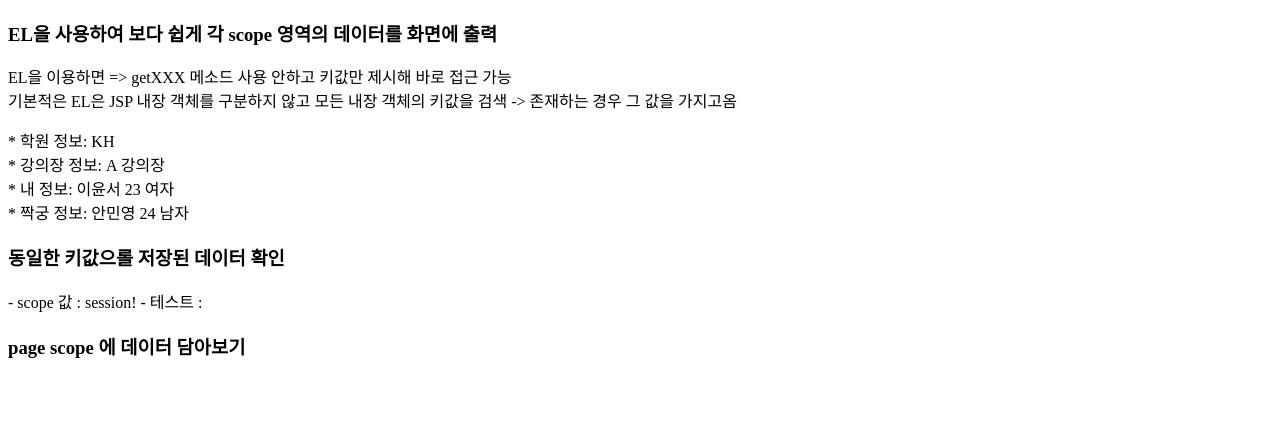
Repository: yoonseo0832/workspace
Page: http://localhost/2_jsp/el.do
The author's editor kept a copy of each file at every save. The page is drawn from the files as they stood at one save, then again after the next save.
The browser window is 1280 px wide. The pictures show the whole page.
The page is served by Tomcat 9.

Above is the page before, as saved 2025-03-20 03:39:05.

### 05_server/2_jsp/src/main/webapp/views/2_EL/1_el.jsp
<%@ page language="java" contentType="text/html; charset=UTF-8"
    pageEncoding="UTF-8"%>
<%@ page import="model.vo.Student" %> <!-- 여러 개는 ,로 구분 -->
<!DOCTYPE html>
<html>
<head>
<meta charset="UTF-8">
<title>EL 기본 문법</title>
</head>
<body>
	<%--
	<h3>기존 방식(스크립틀릿, 표현식)으로 각 영역의 scope의 데이터를 화면에 출력</h3>
	<%
		//request scope의 데이터를 가져오기
		String classroom = (String)request.getAttribute("classroom");
		Student student = (Student)request.getAttribute("student");

		// session scope 의 데이터 가져오기
		String academy = (String)session.getAttribute("academy");
		Student std2 = (Student)session.getAttribute("student2");
	%>

	<p>
		* 학원 정보: <%=academy %><br>
		* 강의장 정보:  <%=classroom %><br>
		* 내 정보: <%=std2.getName() %>, <%=std2.getAge() %>, <%=std2.getGender() %><br>
		* 짝궁 정보: <%=student %><br>
	</p>
	--%>
	<h3>EL을 사용하여 보다 쉽게 각 scope 영역의 데이터를 화면에 출력</h3>
	<p>
		EL을 이용하면 => getXXX 메소드 사용 안하고 키값만 제시해 바로 접근 가능<br>
		기본적은 EL은 JSP 내장 객체를 구분하지 않고 모든 내장 객체의 키값을 검색 -> 존재하는 경우 그 값을 가지고옴
	</p>
	<p>
		* 학원 정보: ${ academy }<br>
		* 강의장 정보:  ${ classroom }<br>
		* 내 정보:	${ student2.name } ${ student2.age } ${ student2.gender }<br>
		* 짝궁 정보:	${ student.name } ${ student.age } ${ student.gender }
	</p>
	<h3>동일한 키값으롤 저장된 데이터 확인</h3>
	- scope 값 : ${scope}
	<!--
		EL 에서는 동일한 키값으로 저장된 데이터가 있는 경우
			- 공유 범위가 가장 작은 scope부터 검색 을 함
			page > request > session > application 순서대로 검색함
	 -->
	 - 테스트 : ${test }
	 <!-- 키값이 해당하는 값이 없을 경우 빈 값으로 표시됨 -->

	 <h3>page scope 에 데이터 담아보기</h3>
	 <%
	 	pageContext.setAttribute("scope", "page~~");
	 %>
</body>
</html>

### 05_server/2_jsp/src/main/java/controller/ELServlet.java
package controller;

import java.io.IOException;

import javax.servlet.ServletContext;
import javax.servlet.ServletException;
import javax.servlet.annotation.WebServlet;
import javax.servlet.http.HttpServlet;
import javax.servlet.http.HttpServletRequest;
import javax.servlet.http.HttpServletResponse;
import javax.servlet.http.HttpSession;

import model.vo.Student;

/**
 * Servlet implementation class ELServlet
 */
@WebServlet("/el.do")
public class ELServlet extends HttpServlet {
	private static final long serialVersionUID = 1L;

    /**
     * @see HttpServlet#HttpServlet()
     */
    public ELServlet() {
        super();
        // TODO Auto-generated constructor stub
    }

	/**
	 * @see HttpServlet#doGet(HttpServletRequest request, HttpServletResponse response)
	 */
	protected void doGet(HttpServletRequest request, HttpServletResponse response) throws ServletException, IOException {
		// TODO Auto-generated method stub
		/*
		 * JSP 내장 객체 종류
		 * => 데이터를 담을 수 있는 공간
		 *
		 * 1)  ServletContext (application scope)
		 * 		: 한 어플리케이션 당 1개 존재하는 객체
		 * 		해당 영역에 데이터를 담을 경우 어플리케이션 전역에서 사용 가능
		 * 2) HttpSession (session scope)
		 * 		: 한 브라우저 당 1개 존재하는 객체
		 * 		해당 영역에 데이터를 담을 경우 jsp/servlet 단에서 사용 가능*(공유 가능 범위)
		 * 3) HttpServletRequest (request scope)
		 * 		: 요청마다 매번 생성되는 객체
		 * 		해당 영역에 데이터를 담을 경우 request 객체를 포워딩 받는 응답 jsp에서만 사용 가능
		 * 4) PageContext (page scope)
		 * 		:  jsp 마다 존재하는 객체
		 * 		해당 페이지에서만 사용 가능
		 * ---------------------------------------------------------------------
		 * 위의 4개의 객체들에
		 * 		데이터를 담을 때 xxx.setAttribute("키값", "데이터");
		 * 		데이터를 꺼낼 때 xxx.getAttribute("키값");
		 * 		데이터를 지울 때 xxx.removeAttribute("키값");
		 */

		// request scope 에 데이터 담기
		request.setAttribute("classroom", "A 강의장");
		request.setAttribute("student", new Student("안민영", 24, "남자"));

		//session scope 에 데이터 담기
		HttpSession session = request.getSession();

		session.setAttribute("academy", "KH");

		session.setAttribute("student2", new Student("이윤서", 23, "여자"));

		// request, session scope에 동일한 키값으로 데이터 담기
		request.setAttribute("scope", "request!");
		request.setAttribute("scope", "session!");

		// application scope 에 데이터 담기
		ServletContext application = request.getServletContext();
		application.setAttribute("scope", "application!");

		// jsp 페이지로 응답하기
		request.getRequestDispatcher("/views/2_EL/1_el.jsp").forward(request, response);
	}

	/**
	 * @see HttpServlet#doPost(HttpServletRequest request, HttpServletResponse response)
	 */
	protected void doPost(HttpServletRequest request, HttpServletResponse response) throws ServletException, IOException {
		// TODO Auto-generated method stub
		doGet(request, response);
	}

}

### 05_server/2_jsp/src/main/java/model/vo/Student.java
package model.vo;

public class Student {
	private String name;
	private int age;
	private String gender;

	public Student() {
		super();
	}

	public Student(String name, int age, String gender) {
		this.name = name;
		this.age = age;
		this.gender = gender;
	}

	public String getName() {
		return name;
	}

	public void setName(String name) {
		this.name = name;
	}

	public int getAge() {
		return age;
	}

	public void setAge(int age) {
		this.age = age;
	}

	public String getGender() {
		return gender;
	}

	public void setGender(String gender) {
		this.gender = gender;
	}

	@Override
	public String toString() {
		return "Student [name=" + name + ", age=" + age + ", gender=" + gender + "]";
	}

}

After the next save:
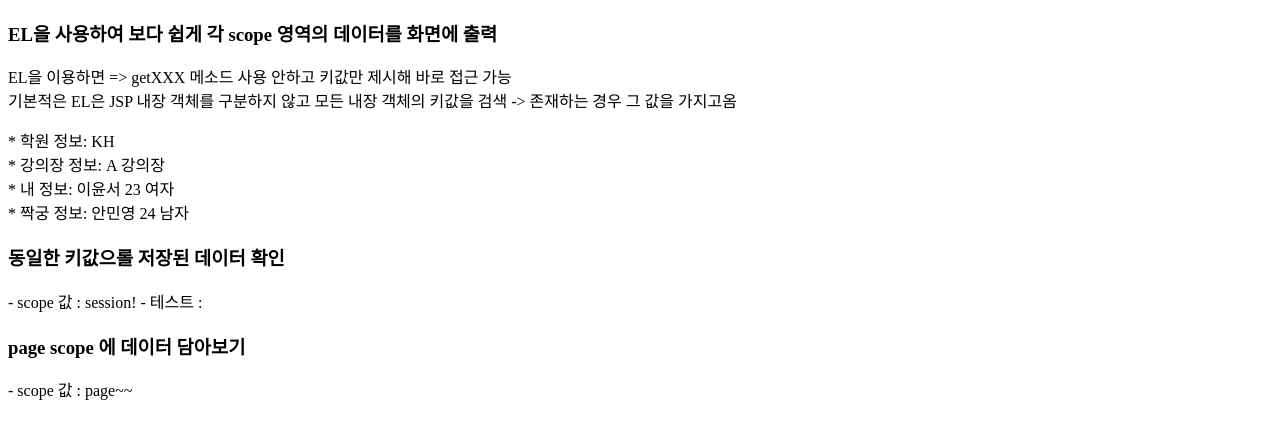
Saved 6 s later.
--- a/05_server/2_jsp/src/main/webapp/views/2_EL/1_el.jsp
+++ b/05_server/2_jsp/src/main/webapp/views/2_EL/1_el.jsp
@@ -52,5 +52,6 @@
 	 <%
 	 	pageContext.setAttribute("scope", "page~~");
 	 %>
+	 - scope 값 : ${scope}
 </body>
 </html>
